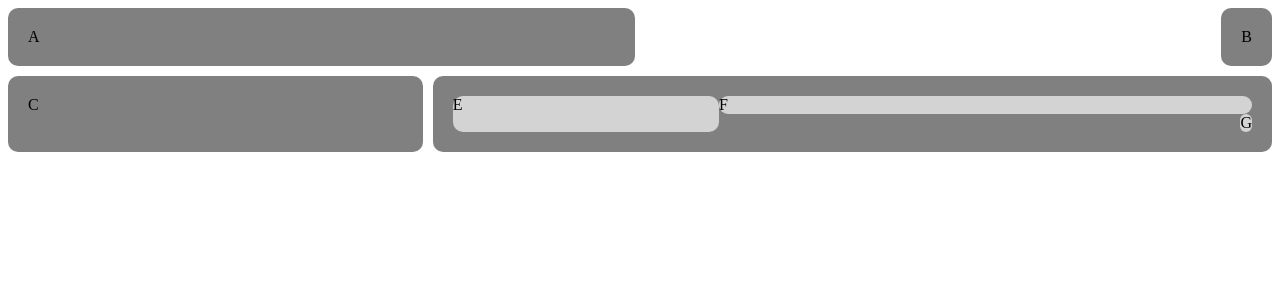
Repository: Yevhen94/nixhw
Page: fourth-lesson/index.html
An editor plug-in stored every save of this project. The page is shown before and after the next save, followed by the edit.
The browser window is 1280 px wide. The pictures show the whole page.

Above is the page before, as saved 2022-02-08 16:07:13.

After the next save:
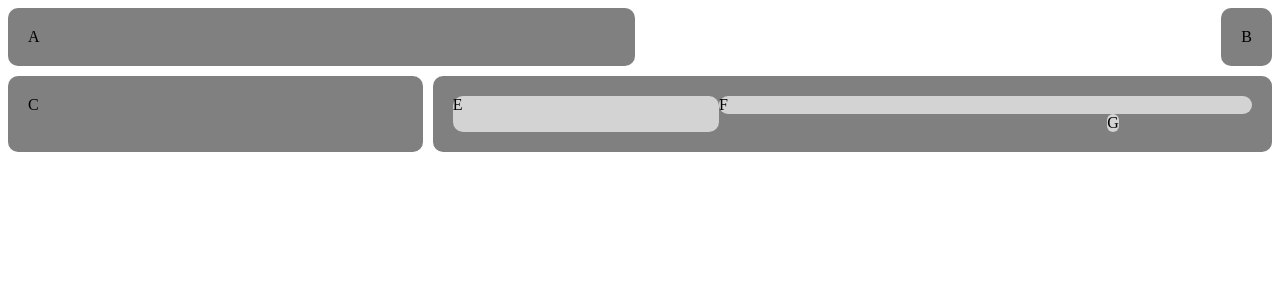
Saved 57 s later.
--- a/fourth-lesson/styles/index.css
+++ b/fourth-lesson/styles/index.css
@@ -116,6 +116,6 @@
 }
 
 .subitem:nth-child(3) {
-  grid-column-end: span 4;
+  grid-column-end: span 3;
   justify-self: end;
 }

After the save that followed:
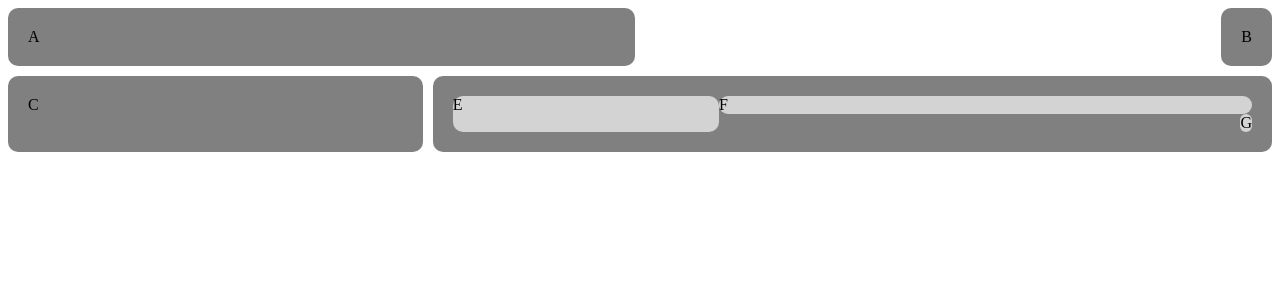
Saved 16 s later.
--- a/fourth-lesson/styles/index.css
+++ b/fourth-lesson/styles/index.css
@@ -116,6 +116,6 @@
 }
 
 .subitem:nth-child(3) {
-  grid-column-end: span 3;
+  grid-column-end: span 4;
   justify-self: end;
 }
